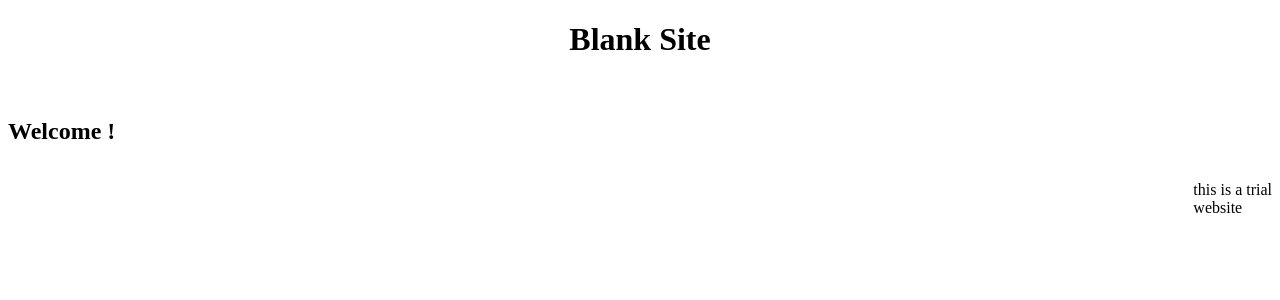
Repository: yhung004/Blank_Project
Page: index.html
An editor plug-in stored every save of this project. The page is shown before and after the next save, followed by the edit.
The browser window is 1280 px wide. The pictures show the whole page.

Above is the page before, as saved 2024-04-04 01:02:25.

### index.html
<!DOCTYPE html>
<html lang="en">
<head>
    <meta charset="UTF-8">
    <meta name="viewport" content="width=device-width, initial-scale=1.0">
    <title>Blank_Project</title>
    <link rel="stylesheet" href="index.css">
</head>
<body>
    <h1 class="header1">Blank Site</h1>
    <div>
        <div class="container"></div>
        <span class="writing">
            <h2 class="header2">Welcome !</h2>
    <p class="words">this is a trial <br/>website</p></span>
    </div>

</body>
</html>

### index.css
.header1{
    text-align:center;
}
.conta {
    border : 2px solid pink;
    background-color: pink;
    display: inline;
    padding:50px
}
.container {
    background-color:white;
    border:2px solid white;
    border-radius: 20px;
    display: inline;
    height:20px;
    width:20px;

}
.writing {
    display: inline;

}
.words {
    float:right;
}

After the next save:
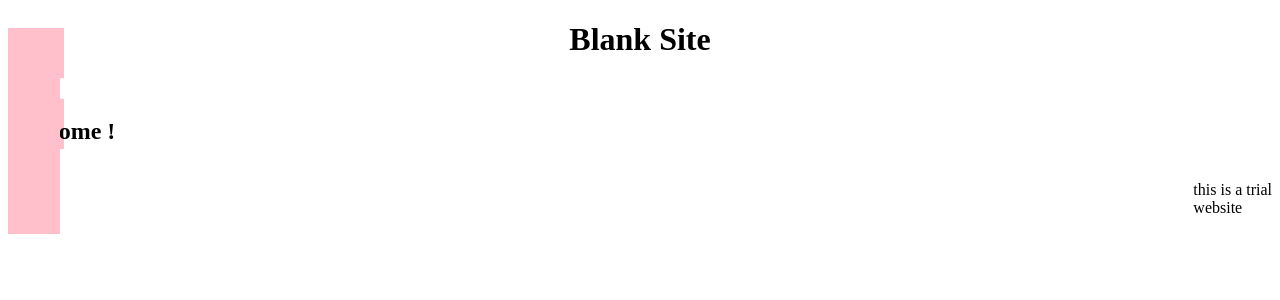
Saved 2 s later.
--- a/index.html
+++ b/index.html
@@ -8,11 +8,11 @@
 </head>
 <body>
     <h1 class="header1">Blank Site</h1>
-    <div>
+    <div class="conta">
         <div class="container"></div>
-        <span class="writing">
+        <div class="writing">
             <h2 class="header2">Welcome !</h2>
-    <p class="words">this is a trial <br/>website</p></span>
+    <p class="words">this is a trial <br/>website</p></div>
     </div>
 
 </body>
